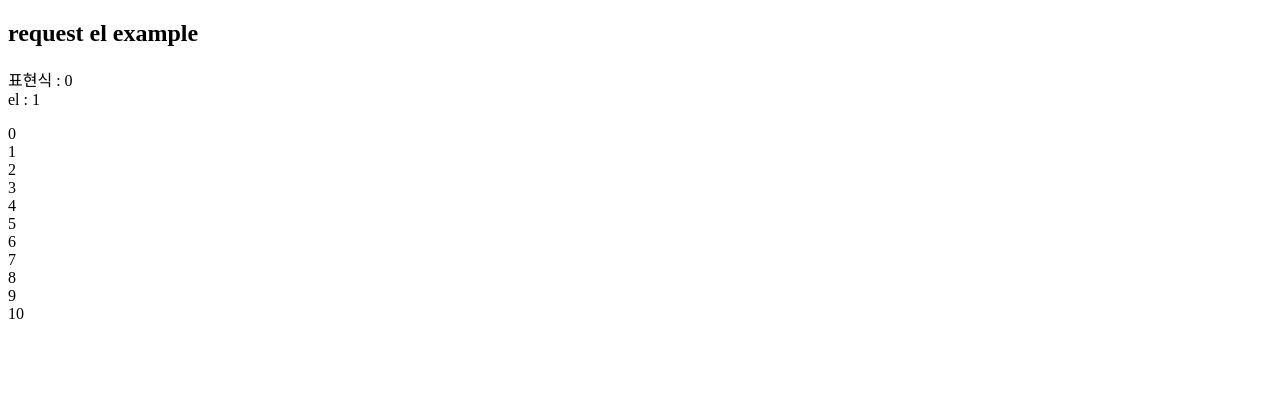
Repository: pq01pq/Education-IT_BANK
Page: http://localhost/0127/requestEx.jsp
These files come from the project's save history. The page is drawn as it stood at one moment and after the next save; the edit follows.
The browser window is 1280 px wide. The pictures show the whole page.
The page is served by Tomcat 9.

Above is the page before, as saved 2021-02-02 01:38:14.

### JSP/ProjectServlet/0127/WebContent/requestEx.jsp
<%@page import="java.util.ArrayList"%>
<%@ page language="java" contentType="text/html; charset=UTF-8"
    pageEncoding="UTF-8"%>
<%
	ArrayList<Integer> list = new ArrayList<Integer>();
	for(int i=0; i<=10; i++){
		list.add(i);
	}
	request.setAttribute("list", list);
%>
<!DOCTYPE html>
<html>
<head>
<meta charset="UTF-8">
<title>Insert title here</title>
</head>
<body>
	<h2>request el example</h2>
	<p>
		표현식 : <%= ((ArrayList) request.getAttribute("list")).get(0) %><br>
		el : ${ list[1] }
	</p>
	<p>
	<%	for(int i=0; i<list.size(); i++){
			pageContext.setAttribute("num", i); %>
			${ list[num] }<br>
	<%	} %>
	</p>
</body>
</html>

After the next save:
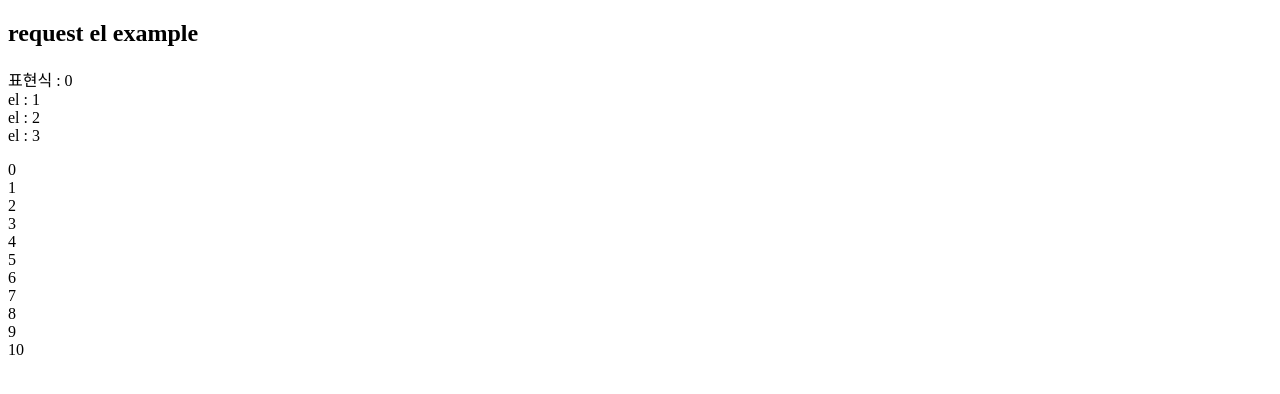
Saved 65 s later.
--- a/JSP/ProjectServlet/0127/WebContent/requestEx.jsp
+++ b/JSP/ProjectServlet/0127/WebContent/requestEx.jsp
@@ -18,7 +18,9 @@
 	<h2>request el example</h2>
 	<p>
 		표현식 : <%= ((ArrayList) request.getAttribute("list")).get(0) %><br>
-		el : ${ list[1] }
+		el : ${ list[1] }<br>
+		el : ${ list[2] }<br>
+		el : ${ list[3] }<br>
 	</p>
 	<p>
 	<%	for(int i=0; i<list.size(); i++){

After the save that followed:
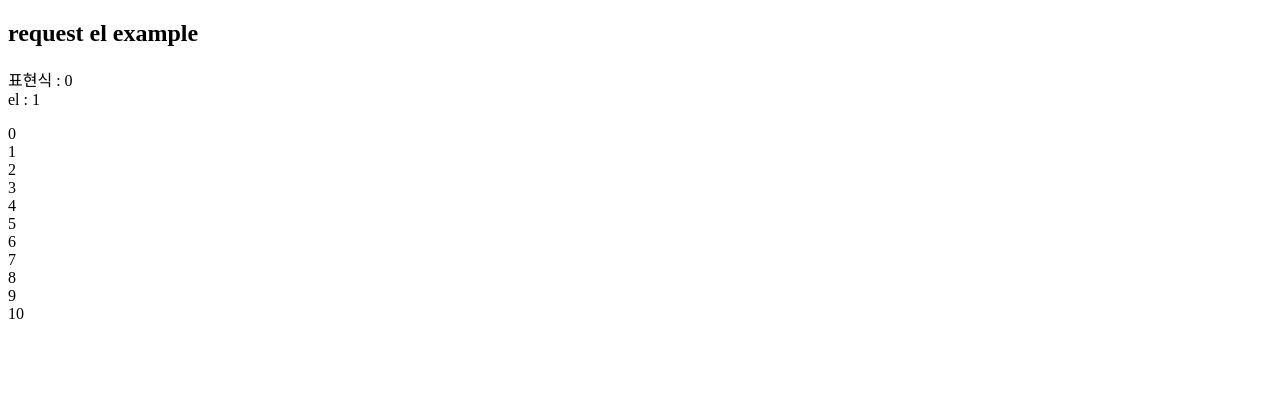
Saved 80 s later.
--- a/JSP/ProjectServlet/0127/WebContent/requestEx.jsp
+++ b/JSP/ProjectServlet/0127/WebContent/requestEx.jsp
@@ -19,12 +19,11 @@
 	<p>
 		표현식 : <%= ((ArrayList) request.getAttribute("list")).get(0) %><br>
 		el : ${ list[1] }<br>
-		el : ${ list[2] }<br>
-		el : ${ list[3] }<br>
 	</p>
 	<p>
 	<%	for(int i=0; i<list.size(); i++){
 			pageContext.setAttribute("num", i); %>
+			<!-- el은 지역변수에 접근하지 못하기 때문에 지역변수 i를 매개변수 num으로 저장 -->
 			${ list[num] }<br>
 	<%	} %>
 	</p>
